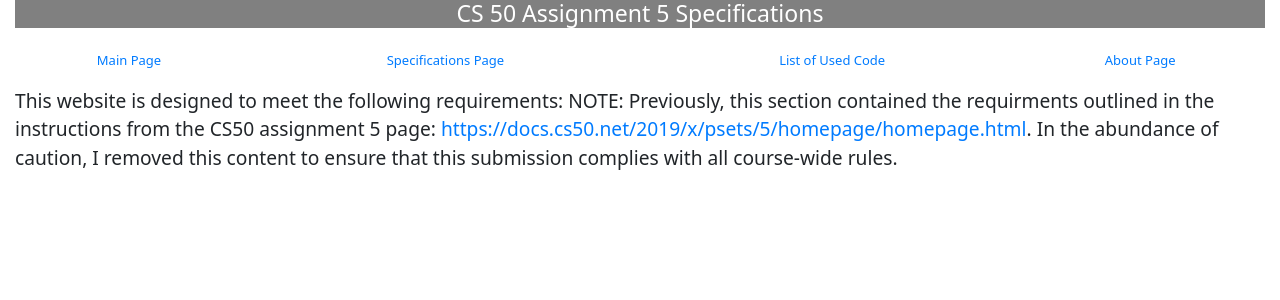
Repository: RSchwinn/cs50
Page: workspace/pset5/homepage/specs.html
The author's editor kept a record of every edit. The page is drawn from the files as they stood at one moment, then again after the next edit.
The browser window is 1280 px wide. The pictures show the whole page.

Above is the page before.

### workspace/pset5/homepage/specs.html
<!DOCTYPE html>

<html lang="en">
    <head>
        <!-- Required meta tags -->
        <meta charset="utf-8">
        <meta name="viewport" content="width=device-width, initial-scale=1, shrink-to-fit=no">

        <!-- Bootstrap CSS -->
        <link rel="stylesheet" href="https://stackpath.bootstrapcdn.com/bootstrap/4.1.3/css/bootstrap.min.css" integrity="sha384-MCw98/SFnGE8fJT3GXwEOngsV7Zt27NXFoaoApmYm81iuXoPkFOJwJ8ERdknLPMO" crossorigin="anonymous">
        <link href="styles.css" rel="stylesheet">
        <title>CS 50 Assignment 5 Specifications</title>
    </head>
    <body>
        <div class="container-fluid">
<h1> CS 50 Assignment 5 Specifications </h1>
<table style="width:100%">
  <tr>
<td><a href="index.html">Main Page</a> </td>
<td><a href="specs.html">Specifications Page</a> </td>
<td><a href="add.html">List of Used Code</a> </td>
<td><a href="about.html">About Page</a> </td>
</tr>
</table>

      This website is designed to meet the following requirements:

      NOTE: Previously, this section contained the requirments outlined in the instructions from the CS50 assignment 5
      page: <a href = "https://docs.cs50.net/2019/x/psets/5/homepage/homepage.html">https://docs.cs50.net/2019/x/psets/5/homepage/homepage.html</a>.
      In the abundance of caution, I removed this content to ensure that this submission complies with all course-wide rules.



    <script src="https://code.jquery.com/jquery-3.3.1.slim.min.js" integrity="sha384-q8i/X+965DzO0rT7abK41JStQIAqVgRVzpbzo5smXKp4YfRvH+8abtTE1Pi6jizo" crossorigin="anonymous"></script>
    <script src="https://cdnjs.cloudflare.com/ajax/libs/popper.js/1.14.3/umd/popper.min.js" integrity="sha384-ZMP7rVo3mIykV+2+9J3UJ46jBk0WLaUAdn689aCwoqbBJiSnjAK/l8WvCWPIPm49" crossorigin="anonymous"></script>
    <script src="https://stackpath.bootstrapcdn.com/bootstrap/4.1.3/js/bootstrap.min.js" integrity="sha384-ChfqqxuZUCnJSK3+MXmPNIyE6ZbWh2IMqE241rYiqJxyMiZ6OW/JmZQ5stwEULTy" crossorigin="anonymous"></script>
    </div>
    </body>
</html>

### workspace/pset5/homepage/styles.css
body
{
    font-size: larger;
    font-family: sans;
}

h1
{
    background-color: grey;
    color: white;
    font-size: larger;
    font-family: sans;
    text-align: center;
}

#unique
{
    border: 4px dotted blue;
}

table
{
    border: 1px solid white;
    text-align: center;
    width:100%;
    font-size: small;
}

tr
{
    height: 50px;
}

td
{
    border: 1px solid white;
    color: white;
}

.students
{
    background-color: yellow;
    opacity: 0.7;
}

After the next edit:
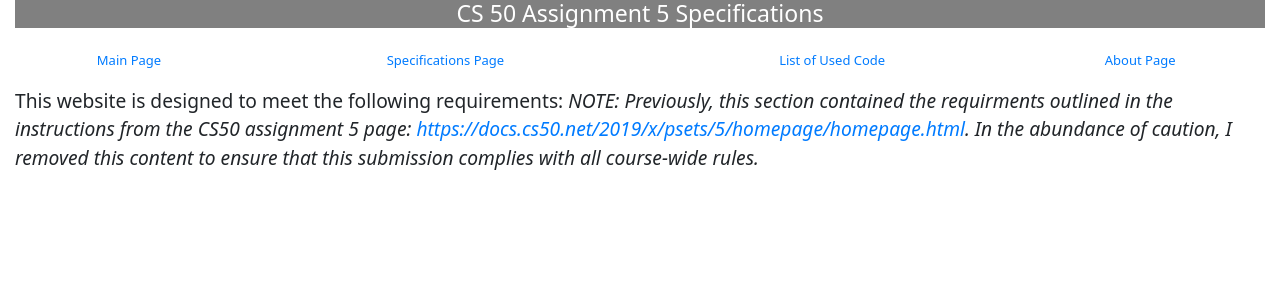
The edit:
--- a/workspace/pset5/homepage/specs.html
+++ b/workspace/pset5/homepage/specs.html
@@ -25,7 +25,7 @@
 
       This website is designed to meet the following requirements:
 
-      NOTE: Previously, this section contained the requirments outlined in the instructions from the CS50 assignment 5
+      <i>NOTE: Previously, this section contained the requirments outlined in the instructions from the CS50 assignment 5
       page: <a href = "https://docs.cs50.net/2019/x/psets/5/homepage/homepage.html">https://docs.cs50.net/2019/x/psets/5/homepage/homepage.html</a>.
       In the abundance of caution, I removed this content to ensure that this submission complies with all course-wide rules.
 
